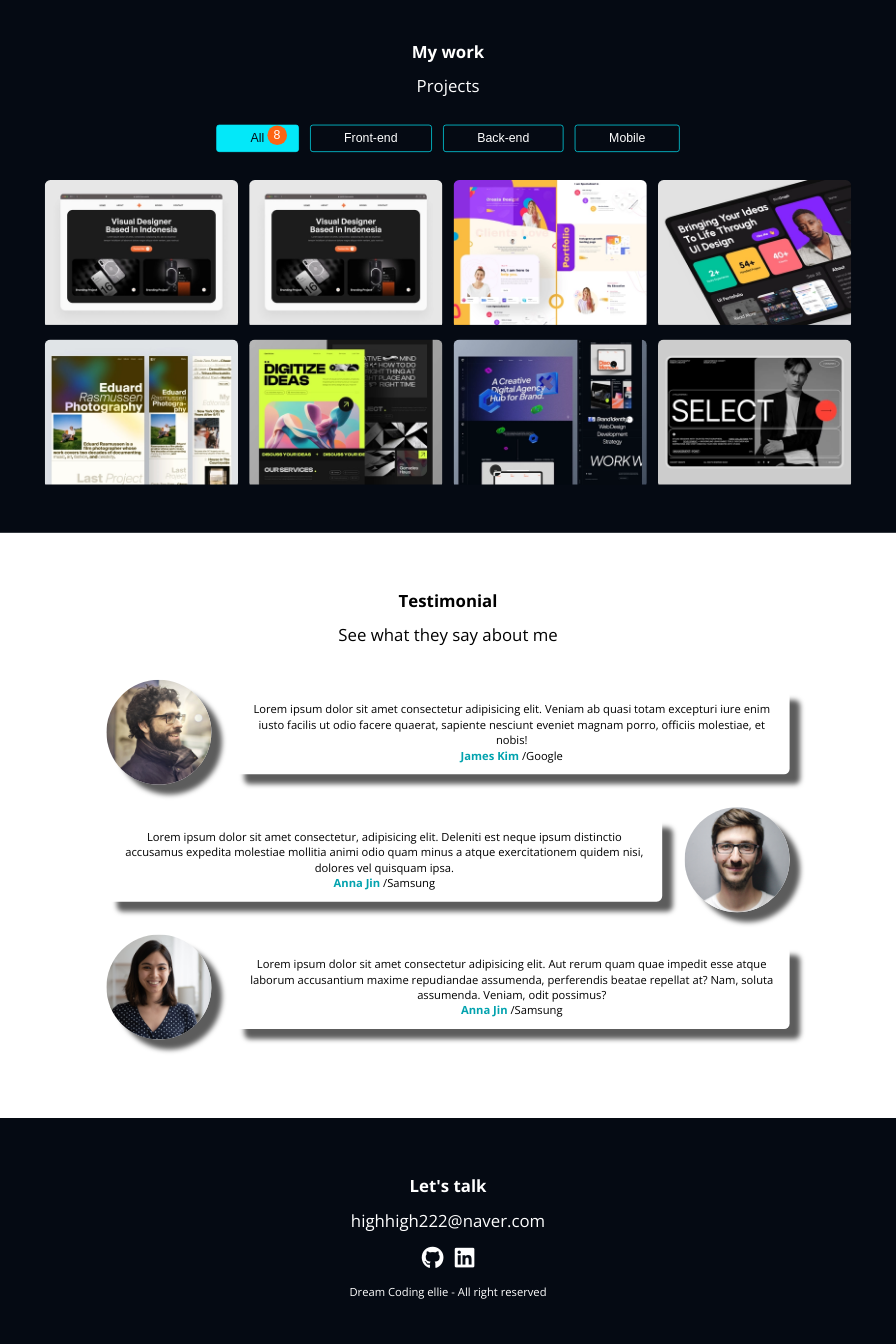
Repository: Arden-Sol/portfolio-website-clone-coding
Page: index.html
These files come from the project's save history. The page is drawn as it stood at one moment and after the next save; the edit follows.
The browser window is 1280 px wide. The pictures show the part of the page from y = 2233 to 4153 px (the page is 4153 px tall before and 4025 px after), at 70% of full size.
Some web libraries are served in a nearby version.

Above is the page before, as saved 2024-04-06 06:25:36.

After the next save:
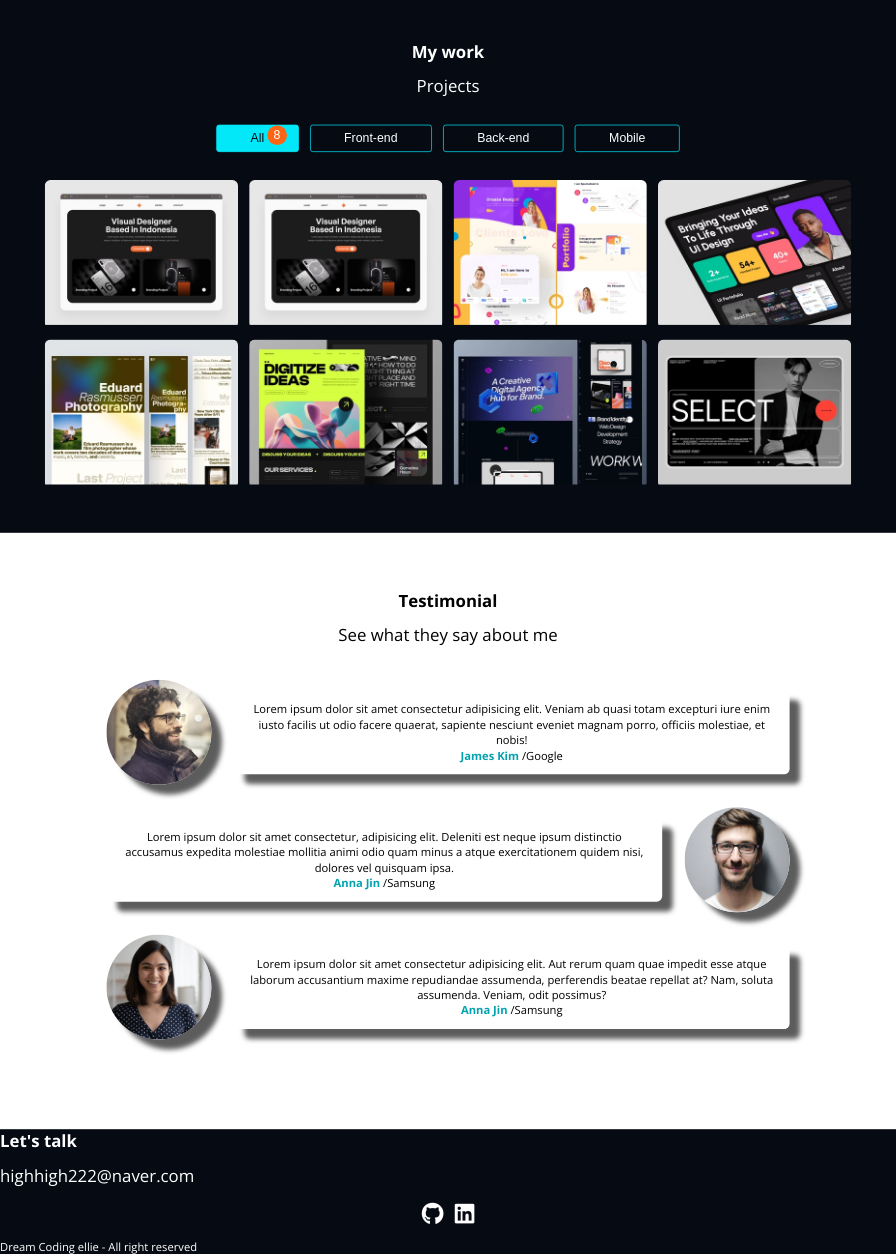
Saved 6 min 7 s later.
--- a/index.html
+++ b/index.html
@@ -39,12 +39,12 @@
     </div>
     <nav class="header__nav">
       <ul class="header__menu">
-        <li><a data-menu="home" class="header__menu__item active" href="#home">Home</a></li>
-        <li><a data-menu="about" class="header__menu__item" href="#about">About</a></li>
-        <li><a data-menu="skills" class="header__menu__item" href="#skills">Skills</a></li>
-        <li><a data-menu="work" class="header__menu__item" href="#work">My work</a></li>
-        <li><a data-menu="testimonial" class="header__menu__item" href="#testimonial">Testimonials</a></li>
-        <li><a data-menu="contact" class="header__menu__item" href="#contact">Contact</a></li>
+        <li><a class="header__menu__item active" href="#home">Home</a></li>
+        <li><a class="header__menu__item" href="#about">About</a></li>
+        <li><a class="header__menu__item" href="#skills">Skills</a></li>
+        <li><a class="header__menu__item" href="#work">My work</a></li>
+        <li><a class="header__menu__item" href="#testimonial">Testimonials</a></li>
+        <li><a class="header__menu__item" href="#contact">Contact</a></li>
       </ul>
     </nav>
     <button class="header__bars" aria-label="navigation menu toggle">
@@ -54,7 +54,7 @@
   <!-- Main -->
   <main>
     <!-- Home -->
-    <section id="home" class="section" data-type="home">
+    <section id="home" class="section">
       <div class="home__container">
         <img class="home__avatar" src="image/picture.jpg" alt="picture">
         <h2 class="home__title">Lorem <br> <strong class="home__title--strong">ipsum dolor</strong> sit amet consectetur
@@ -66,7 +66,7 @@
       </div>
     </section>
     <!-- About -->
-    <section id="about" class="section max-container" data-type="about">
+    <section id="about" class="section max-container">
       <h2 class="title">About me</h2>
       <p class="description">Lorem ipsum dolor sit amet, consectetur adipisicing elit. Soluta, consequatur.</p>
       <ul class="majors">
@@ -104,7 +104,7 @@
       </ul>
     </section>
     <!-- Skills -->
-    <section id="skills" class="section" data-type="skills">
+    <section id="skills" class="section">
       <div class="max-container">
         <h2 class="title">My Skills</h2>
         <p class="description">Skills & Attributes</p>
@@ -176,7 +176,7 @@
       </div>
     </section>
     <!-- Work -->
-    <section id="work" class="section" data-type="work">
+    <section id="work" class="section">
       <div class="max-container">
         <h2 class="title">My work</h2>
         <p class="description">Projects</p>
@@ -252,7 +252,7 @@
       </div>
     </section>
     <!-- Testimonials -->
-    <section id="testimonial" class="section max-container" data-type="testimonial">
+    <section id="testimonial" class="section max-container">
       <h2 class="title">Testimonial</h2>
       <p class="description">See what they say about me</p>
       <ul class="testimonials">
@@ -289,23 +289,23 @@
     </aside>
   </main>
   <!-- Footer -->
-  <footer id="contact" class="section" data-type="contact">
-    <div class="max-container">
-      <h2 class="title">Let&#39;s talk</h2>
-      <p class="description">highhigh222@naver.com</p>
-      <ul class="contact__links">
-        <li>
-          <a class="contact__link" href="#" title="arden github link" target="_blank">
-            <i class="fa-brands fa-github"></i>
-          </a>
-        </li>
-        <li>
-          <a class="contact__link" href="#" title="arden linkedin link" target="_blank">
-            <i class="fa-brands fa-linkedin"></i>
-          </a>
-        </li>
-      </ul>
-      <p>Dream Coding ellie - All right reserved</p>
+  <footer id="contact" class="section>
+    <div class=" max-container">
+    <h2 class="title">Let&#39;s talk</h2>
+    <p class="description">highhigh222@naver.com</p>
+    <ul class="contact__links">
+      <li>
+        <a class="contact__link" href="#" title="arden github link" target="_blank">
+          <i class="fa-brands fa-github"></i>
+        </a>
+      </li>
+      <li>
+        <a class="contact__link" href="#" title="arden linkedin link" target="_blank">
+          <i class="fa-brands fa-linkedin"></i>
+        </a>
+      </li>
+    </ul>
+    <p>Dream Coding ellie - All right reserved</p>
     </div>
   </footer>
 

After the 2 saves that followed:
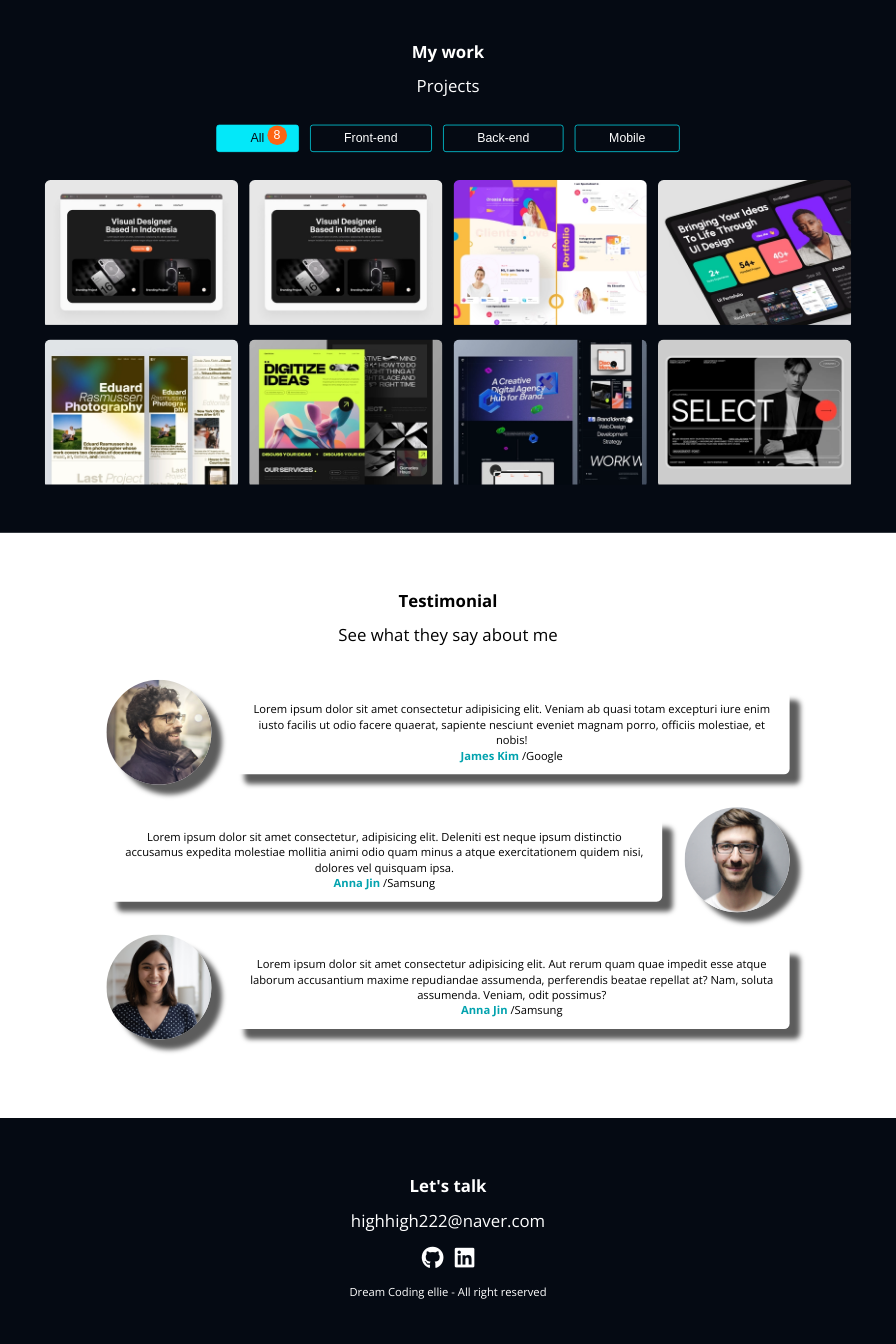
The 2 saves are shown as one change because 1 left the picture as it was.
The last was saved 4 min 50 s later.
--- a/index.html
+++ b/index.html
@@ -289,23 +289,23 @@
     </aside>
   </main>
   <!-- Footer -->
-  <footer id="contact" class="section>
+  <footer id="contact" class="section">
     <div class=" max-container">
-    <h2 class="title">Let&#39;s talk</h2>
-    <p class="description">highhigh222@naver.com</p>
-    <ul class="contact__links">
-      <li>
-        <a class="contact__link" href="#" title="arden github link" target="_blank">
-          <i class="fa-brands fa-github"></i>
-        </a>
-      </li>
-      <li>
-        <a class="contact__link" href="#" title="arden linkedin link" target="_blank">
-          <i class="fa-brands fa-linkedin"></i>
-        </a>
-      </li>
-    </ul>
-    <p>Dream Coding ellie - All right reserved</p>
+      <h2 class="title">Let&#39;s talk</h2>
+      <p class="description">highhigh222@naver.com</p>
+      <ul class="contact__links">
+        <li>
+          <a class="contact__link" href="#" title="arden github link" target="_blank">
+            <i class="fa-brands fa-github"></i>
+          </a>
+        </li>
+        <li>
+          <a class="contact__link" href="#" title="arden linkedin link" target="_blank">
+            <i class="fa-brands fa-linkedin"></i>
+          </a>
+        </li>
+      </ul>
+      <p>Dream Coding ellie - All right reserved</p>
     </div>
   </footer>
 
--- a/src/active_menu.js
+++ b/src/active_menu.js
@@ -1,46 +1,13 @@
 'use strict';
-// const option = {
-//   rootMargin: '-200px',
-//   threshold: [0.25, 0.5],
-// }
-// function callback(entries) {
-//   entries.forEach(entry => {
-//     if (entry.isIntersecting) {
-//       entry.target.classList.add('active');
-//     } else {
-//       entry.target.classList.remove('active');
-//     }
-//     console.log(entry.target);
-//     console.log(entry.isIntersecting);
-//     console.log(entry.intersectionratio);
-//   })
-// }
-// const observer = new IntersectionObserver(callback, option);
-// const boxes = document.querySelectorAll('.box');
-// boxes.forEach(box => {
-//   observer.observe(box)
-// });
+// 구현계획
+// 1. 모든 섹션 요소들과 메뉴 아이템들을 가지고 온다.
+// 2. IntersectionObserver를 사용해서 모든 섹션들을 관찰해야한다.
+// 3. 보여지는 섹션에 해당하는 메뉴 아이템을  활성화 시킨다.
+// 보여지는 섹션:
+// - 다수의 섹션이 동시에 보여진다면 가장 첫번째 섹션을 선택
+// - 마지막 contact 섹션이 보여진다면, 가장 마지막 섹션을 선택
 
-const section = document.querySelectorAll('.section');
-const observer = new IntersectionObserver(callback);
-section.forEach(section => {
-  observer.observe(section)
-});
-
-const menu = document.querySelector('.header__menu__item');
-const menuDataset = menu.dataset.menu;
-
-function callback(entries) {
-  entries.forEach(entry => {
-    const sectionDataset = entry.target.dataset.type;
-    if (entry.isIntersecting) {
-      if (sectionDataset === menuDataset) {
-
-        console.log(menuDataset);
-      }
-
-
-    }
-
-  })
-}
+const sectionIds = ['#home', '#about', '#skills', '#work', '#testimonial', '#contact'];
+const sections = sectionIds.map(id => document.querySelector(id));
+console.log(sectionIds);
+console.log(sections);
